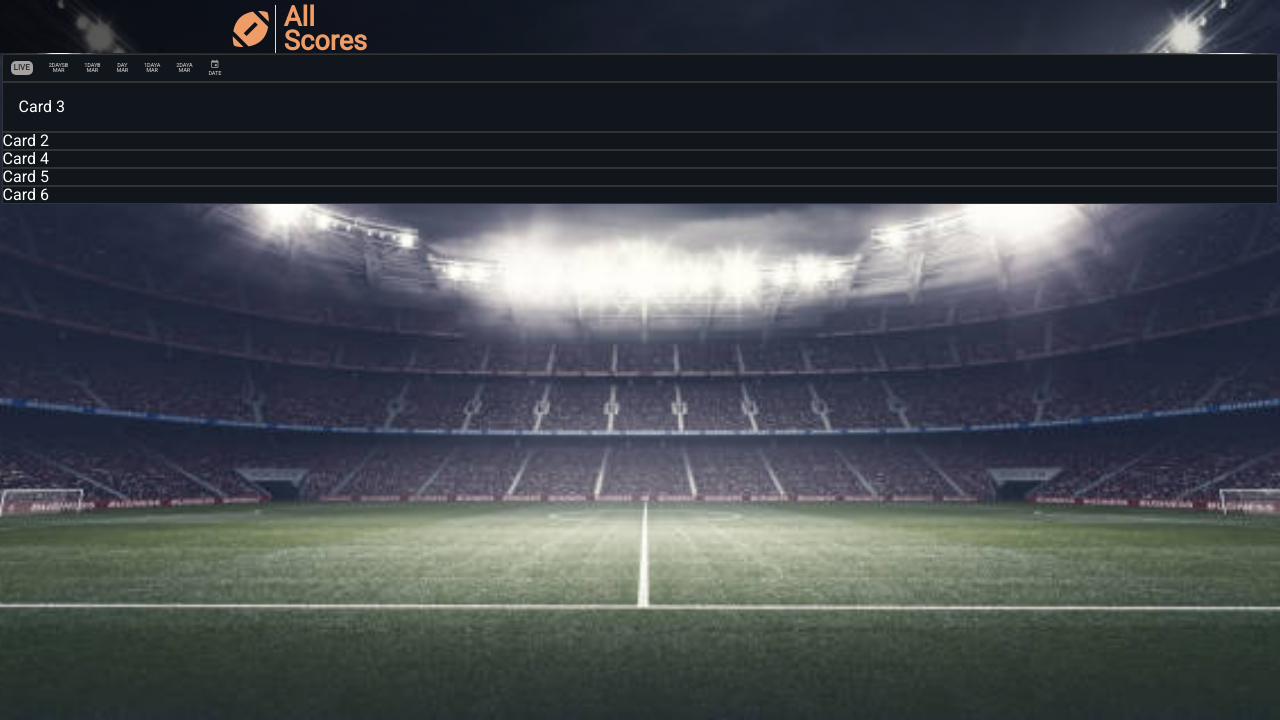
Repository: boomshakar/AllScores
Page: index.html
These files come from the project's save history. The page is drawn as it stood at one moment and after the next save; the edit follows.
The browser window is 1280 px wide. The pictures show the whole page.
The style sheet was rebuilt from its Sass, Less or Tailwind sources for each picture, by a compiler version that may differ from the author's.

Above is the page before, as saved 2021-03-30 03:43:57.

### index.html
<!DOCTYPE html>
<html lang="en">
  <head>
    <meta charset="UTF-8" />
    <meta http-equiv="X-UA-Compatible" content="IE=edge" />
    <meta name="viewport" content="width=device-width, initial-scale=1.0" />
    <title>All Scores</title>
    <link rel="stylesheet" href="css/main.css" />
    <link
      rel="stylesheet"
      href="https://fonts.googleapis.com/icon?family=Material+Icons"
    />
  </head>
  <body>
    <header>
      <a href="index.html" class="head-name__logo">
        <span class="material-icons md-48">sports_football</span>
        <h1>All<br />Scores</h1>
      </a>
      <ul class="head-name">
        <a href="index.html"
          ><li class="head-name__mob active">
            <span class="material-icons md-36">sports_soccer</span>
            <h3>Soccer</h3>
          </li></a
        >
        <a href="#"
          ><li class="head-name__mob">
            <span class="material-icons md-36">sports_basketball</span>
            <h3>Basket</h3>
          </li></a
        >
        <a href="#"
          ><li class="head-name__mob">
            <span class="material-icons md-36">golf_course</span>
            <h3>Golf</h3>
          </li></a
        >
        <a href="#"
          ><li class="head-name__mob">
            <span class="material-icons md-36">sports_tennis</span>
            <h3>Tennis</h3>
          </li></a
        >
      </ul>
      <div class="menu-btn">
        <span class="menu-btn__burger"></span>
      </div>
      <nav class="nav">
        <ul class="menu-nav">
          <div class="menu-nav__time">
            Lorem ipsum, dolor sit amet consectetur adipisicing elit. Qui
            quidem, dignissimos asperiores totam nesciunt laborum at consectetur
            nam temporibus ea.
          </div>
          <li class="menu-nav__item active">
            <a href="index.html" class="menu-nav__link">Soccer</a>
          </li>
          <li class="menu-nav__item">
            <a href="#" class="menu-nav__link">Basketball</a>
          </li>
          <li class="menu-nav__item">
            <a href="#" class="menu-nav__link">Tennis</a>
          </li>
          <li class="menu-nav__item">
            <a href="#" class="menu-nav__link">Hockey</a>
          </li>
          <li class="menu-nav__item">
            <a href="#" class="menu-nav__link">Golf</a>
          </li>
          <li class="menu-nav__item">
            <a href="#" class="menu-nav__link">Basketball</a>
          </li>
          <li class="menu-nav__item">
            <a href="#" class="menu-nav__link">Tennis</a>
          </li>
          <li class="menu-nav__item">
            <a href="#" class="menu-nav__link">Hockey</a>
          </li>
          <li class="menu-nav__item">
            <a href="#" class="menu-nav__link">Golf</a>
          </li>
          <li class="menu-nav__item">
            <a href="#" class="menu-nav__link">Basketball</a>
          </li>
          <li class="menu-nav__item">
            <a href="#" class="menu-nav__link">Tennis</a>
          </li>
          <li class="menu-nav__item">
            <a href="#" class="menu-nav__link">Hockey</a>
          </li>
          <li class="menu-nav__item">
            <a href="#" class="menu-nav__link">Golf</a>
          </li>
          <div class="menu-nav__foot">
            Lorem ipsum dolor sit amet consectetur adipisicing elit. Quisquam
            quod neque provident ex cumque adipisci, iusto, tempora quibusdam
            maxime, magni autem perferendis? Quibusdam, tenetur. Laudantium,
            velit reiciendis deleniti perferendis nesciunt vitae dolores itaque
            aut voluptas dolor veritatis. Optio ducimus consectetur nisi sequi,
            nesciunt id quis mollitia, laborum voluptates necessitatibus modi.
          </div>
        </ul>
      </nav>
    </header>
    <div class="grid-contain">
      <span class="card">
        <div class="date-select">
          <a href="#" class="date-select__link active"
            ><div class="date-select__match live-logo">
              <strong>live</strong>
            </div></a
          >
          <a href="#" class="date-select__link"
            ><div class="date-select__match">
              <h6>2daysB</h6>
              <h6>Mar</h6>
            </div></a
          >
          <a href="#" class="date-select__link"
            ><div class="date-select__match">
              <h6>1dayB</h6>
              <h6>Mar</h6>
            </div></a
          >
          <a href="#" class="date-select__link"
            ><div class="date-select__match">
              <h6>Day</h6>
              <h6>Mar</h6>
            </div></a
          >
          <a href="#" class="date-select__link"
            ><div class="date-select__match">
              <h6>1dayA</h6>
              <h6>Mar</h6>
            </div></a
          >
          <a href="#" class="date-select__link"
            ><div class="date-select__match">
              <h6>2dayA</h6>
              <h6>Mar</h6>
            </div></a
          >
          <a href="#" class="date-select__link"
            ><div class="date-select__match live-cal">
              <span class="material-icons"> event </span>
              <h6>Date</h6>
            </div></a
          >
        </div>
      </span>
      <div class="card">Card 2</div>
      <div class="card">Card 3</div>
      <div class="card">Card 4</div>
      <div class="card">Card 5</div>
      <div class="card">Card 6</div>
    </div>
  </body>
  <script src="main.js"></script>
</html>

### main.js
const menuBtn = document.querySelector(".menu-btn");
const menuBurger = document.querySelector(".menu-btn__burger");
const nav = document.querySelector(".nav");
const headName = document.querySelector(".head-name");
const menuNav = document.querySelector(".menu-nav");
const menuNavList = document.querySelectorAll(".menu-nav__item");

let menuOpen = false;

menuBtn.addEventListener("click", toggleMenu);

function toggleMenu() {
  if (!menuOpen) {
    menuBurger.classList.add("open");
    nav.classList.add("open");
    headName.classList.add("open");
    menuNav.classList.add("open");
    menuNavList.forEach((item) => item.classList.add("open"));

    menuOpen = true;
  } else {
    menuBurger.classList.remove("open");
    nav.classList.remove("open");
    headName.classList.remove("open");
    menuNav.classList.remove("open");
    menuNavList.forEach((item) => item.classList.remove("open"));

    menuOpen = false;
  }
}

### scss/main.scss
@import "config";
@import "menu";
@import "home";
@import "responsive";

body {
  position: relative;
  background: $primary-color;
  color: $text-color;
  height: 100vh;
  font-family: "Roboto", "Segoe UI", Tahoma, Verdana, sans-serif;
  line-height: 1;
  background: url(../img/stadium3.jpg);
  background-size: cover;
  background-repeat: no-repeat;
  background-position: center;
  background-attachment: fixed;
}

header {
  display: flex;
  z-index: 2;
  background: linear-gradient(to right, rgba(#000, 0.7), rgba(#000, 0.1)),
    url(../img/head.jpg);
  background-size: cover;
  background-repeat: no-repeat;
  position: fixed;
  width: 100vw;
  padding-top: 0.3rem;

  a {
    color: $secondary-color;
  }
}

### scss/_config.scss
$primary-color: #24303a;
$secondary-color: #ee9d68;
$text-color: #fae56f;
$text-color2: rgb(167, 162, 162);

* {
  box-sizing: border-box;
  margin: 0;
  padding: 0;
  outline: 0;
  list-style: none;
}
a {
  text-decoration: none;
}

@import url("https://fonts.googleapis.com/css2?family=Roboto&display=swap");

@mixin transition-mix {
  transition: all 0.5s ease-in-out;
}

@mixin media-xxsm {
  @media screen and (max-width: 313px) {
    @content;
    ul.head-name {
      visibility: hidden;
    }
  }
}

@mixin media-xsm {
  @media screen and (min-width: 314px) and (max-width: 359px) {
    @content;
  }
}

@mixin media-sm {
  @media screen and (min-width: 360px) and (max-width: 399px) {
    @content;
  }
}

@mixin media-smd {
  @media screen and (min-width: 400px) {
    @content;
  }
}

@mixin media-md {
  @media screen and (min-width: 500px) {
    @content;
  }
}

@mixin media-lg {
  @media screen and (min-width: 700px) {
    @content;
  }
}

@mixin media-xl {
  @media screen and (min-width: 1000px) {
    @content;
  }
}

### scss/_menu.scss
.menu-btn {
  position: fixed;
  z-index: 1;
  width: 28px;
  height: 20px;
  top: 0.8rem;
  right: 0.7rem;
  background: transparent;
  cursor: pointer;
  @include transition-mix;
  &__burger {
    position: absolute;
    width: 20px;
    height: 3px;
    right: 0.5rem;
    top: 0.5rem;
    background: pink;
    border-radius: 5px;
    @include transition-mix;

    &::before {
      content: "";
      position: absolute;
      width: 28px;
      height: 3px;
      top: -8px;
      background: $text-color;
      border-radius: 5px;
      @include transition-mix;
    }

    &::after {
      content: "";
      position: absolute;
      width: 28px;
      height: 3px;
      top: 8px;
      background: $text-color;
      border-radius: 5px;
      @include transition-mix;
    }

    &.open {
      transform: rotate(720deg);
      background: transparent;

      &::before {
        transform: rotate(45deg) translate(5px, 8px);
        background: $secondary-color;
      }
      &::after {
        transform: rotate(-45deg) translate(3px, -7px);
        background: $secondary-color;
      }
    }
  }
}
nav {
  position: fixed;
  top: 0;
  left: 0;
  width: 100vw;
  visibility: hidden;
  &.open {
    visibility: visible;
  }
}

.menu-nav {
  display: grid;
  grid-template-columns: 1fr;
  grid-template-rows: 1fr;
  width: 100vw;
  height: 100vh;
  top: 50px;
  left: 0;
  right: 0;
  bottom: 0;
  overflow-y: scroll;
  overflow-x: hidden;
  background: $primary-color;
  opacity: 0.97;
  transform: translateY(-100%);
  @include transition-mix;

  &.open {
    transform: translateY(0);
  }
  &__time {
    padding: 1.5rem 1.5rem 1rem 1.5rem;
    line-height: 1.2;
    font-size: 12px;
  }

  &__item {
    transform: translateX(100vw);
    border-bottom: 1px solid rgb(102, 96, 96);
    @include transition-mix;
    &:nth-of-type(1) {
      border-top: 1px solid rgb(102, 96, 96);
    }
    &.open {
      transform: translateX(0);
    }
    &.active > a {
      color: $secondary-color;
    }
  }

  &__link {
    display: grid;
    font-size: 1.1rem;
    padding: 0.7rem 0;
    font-weight: 600;
    text-transform: uppercase;
    text-align: center;
    color: rgb(167, 162, 162);
    @include transition-mix;

    &:hover {
      color: $secondary-color;
    }
  }

  &__foot {
    padding: 2rem 1.5rem 200px 1.5rem;
    font-size: 12px;
  }
}

@for $f from 1 through 14 {
  .menu-nav__item:nth-child(#{$f}) {
    transition-delay: ($f * 0.1s) + 0.05s;
  }
}

### scss/_home.scss
.grid-contain {
  padding: 3.4rem 0.1rem 1.5rem 0.1rem;
  display: grid;
  grid-template-columns: 1fr;

  .card {
    background: darken($primary-color, 10%);
    border: 1px solid #333;
    color: #fff;

    &:nth-child(1) {
      //date selector
      grid-column: 1 / 1;
      grid-row: 1/ 2;
      .date-select {
        display: flex;
        flex-direction: row;
        justify-content: space-around;
        width: fit-content;

        &__link {
          color: $text-color2;
          padding: 0.3rem 0.5rem;
          text-transform: uppercase;
          text-align: center;
          align-content: center;
          justify-self: center;
          &:nth-child(1) > .live-logo {
            color: #333;
            background: $text-color2;
            border-radius: 5px;
            padding: 3px;
          }
        }
        &__match {
          font-size: 0.5rem;
          .material-icons {
            font-size: 0.6rem;
          }
        }
      }
    }

    &:nth-child(2) {
      //left side
      grid-column: 1;
      grid-row: 3 / 4;
    }

    &:nth-child(3) {
      //main menu
      grid-column: 1;
      grid-row: 2 / 3;
      padding: 1rem;
    }

    &:nth-child(4) {
      //right side
      grid-column: 1;
      grid-row: 4 / 5;
    }

    &:nth-child(5) {
      //stciky ad below
      grid-column: 1;
      grid-row: 5 / 6;
    }

    &:nth-child(6) {
      //footer
      grid-column: 1;
      grid-row: 6 / 7;
    }
  }
}

### scss/_responsive.scss
@include media-xxsm {
  header {
    height: 2.8rem;
    justify-content: space-between;
    .head-name__logo {
      display: flex;
      flex-direction: row;
      cursor: pointer;
      &:hover > .material-icons {
        color: $text-color;
      }

      .material-icons {
        font-size: 2.5rem;
        align-items: center;
        cursor: pointer;
        @include transition-mix;
      }
      h1 {
        font-weight: 800;
        border-left: 1px solid $text-color;
        line-height: 1.3rem;
        padding: 0 0.5rem;
        font-size: 1.1rem;
        cursor: pointer;
      }
    }
  }
}

@include media-xsm {
  header {
    justify-content: space-between;
    .head-name__logo {
      display: flex;
      flex-direction: row;
      cursor: pointer;
      height: 2.5rem;
      &:hover > .material-icons {
        color: $text-color;
      }

      .material-icons {
        font-size: 2.5rem;
        align-items: center;
        cursor: pointer;
        @include transition-mix;
      }
      h1 {
        font-weight: 800;
        border-left: 1px solid $text-color;
        line-height: 1.3rem;
        padding: 0 0.5rem;
        font-size: 1.1rem;
        cursor: pointer;
      }
    }
    ul.head-name {
      display: flex;
      flex-direction: row;
      margin-right: 2rem;
      &.open {
        visibility: hidden;
      }

      .head-name__mob {
        border-left: 1px solid $text-color2;
        padding: 0 0.2rem;
        text-align: center;
        width: 3rem;
        @include transition-mix;
        &.active {
          background: linear-gradient(
            to right,
            rgba(#fff, 0.3),
            rgba(#fff, 0.1)
          );
          color: $text-color;
          border-radius: 5px;
          border-left: 1px solid $text-color;
        }
        &:hover > .material-icons {
          color: $text-color;
        }
      }
      .material-icons {
        font-size: 1.3rem;
        cursor: pointer;
        @include transition-mix;
      }
      h3 {
        font-size: 0.7rem;
      }
    }
    .menu-btn {
      right: -0.3rem;
    }
  }
}

@include media-sm {
  header {
    justify-content: space-between;
    .head-name__logo {
      display: flex;
      flex-direction: row;
      cursor: pointer;
      height: 2.5rem;
      &:hover > .material-icons {
        color: $text-color;
      }

      .material-icons {
        font-size: 2.5rem;
        align-items: center;
        cursor: pointer;
        @include transition-mix;
      }
      h1 {
        font-weight: 800;
        border-left: 1px solid $text-color;
        line-height: 1.3rem;
        padding: 0 0.5rem;
        font-size: 1.1rem;
        cursor: pointer;
      }
    }
    ul.head-name {
      display: flex;
      flex-direction: row;
      margin-right: 2rem;
      &.open {
        visibility: hidden;
      }

      .head-name__mob {
        border-left: 1px solid $text-color2;
        padding: 0 0.5rem;
        text-align: center;
        width: 3.3rem;
        &.active {
          background: linear-gradient(
            to right,
            rgba(#fff, 0.3),
            rgba(#fff, 0.1)
          );
          color: $text-color;
          border-radius: 5px;
          border-left: 1px solid $text-color;
        }
        &:hover > .material-icons {
          color: $text-color;
        }
      }
      .material-icons {
        font-size: 1.3rem;
        cursor: pointer;
        @include transition-mix;
      }
      h3 {
        font-size: 0.8rem;
      }
    }
    .menu-btn {
      right: 0.3rem;
    }
  }
}

@include media-smd {
  header {
    justify-content: space-between;
    .head-name__logo {
      display: flex;
      flex-direction: row;
      cursor: pointer;
      &:hover > .material-icons {
        color: $text-color;
      }

      .material-icons {
        font-size: 3rem;
        align-items: center;
        cursor: pointer;
        @include transition-mix;
      }
      h1 {
        font-weight: 800;
        border-left: 1px solid $text-color;
        line-height: 1.5rem;
        padding: 0 0.5rem;
        font-size: 1.4rem;
        cursor: pointer;
      }
    }
    ul.head-name {
      display: flex;
      flex-direction: row;
      margin-right: 2rem;
      &.open {
        visibility: hidden;
      }

      .head-name__mob {
        border-left: 1px solid $text-color2;
        padding: 0 0.3rem;
        text-align: center;
        width: 3.4rem;
        @include transition-mix;
        &.active {
          background: linear-gradient(
            to right,
            rgba(#fff, 0.3),
            rgba(#fff, 0.1)
          );
          color: $text-color;
          border-radius: 5px;
          border-left: 1px solid $text-color;
        }
        &:hover > .material-icons {
          color: $text-color;
        }
      }
      .material-icons {
        font-size: 1.7rem;
        cursor: pointer;
        @include transition-mix;
      }
      h3 {
        font-size: 0.8rem;
      }
    }
    .menu-btn {
      top: 1.2rem;
      right: 0.4rem;
    }
  }
}

@include media-md {
  header {
    justify-content: space-between;
    .head-name__logo {
      display: flex;
      flex-direction: row;
      cursor: pointer;
      &:hover > .material-icons {
        color: $text-color;
      }

      .material-icons {
        font-size: 3rem;
        align-items: center;
        cursor: pointer;
        @include transition-mix;
      }
      h1 {
        font-weight: 800;
        border-left: 1px solid $text-color;
        line-height: 1.5rem;
        padding: 0 0.5rem;
        font-size: 1.7rem;
        cursor: pointer;
      }
    }
    ul.head-name {
      display: flex;
      flex-direction: row;
      margin-right: 5rem;
      &.open {
        visibility: hidden;
      }

      .head-name__mob {
        border-left: 1px solid $text-color2;
        padding: 0 0.5rem;
        text-align: center;
        width: 3.8rem;
        @include transition-mix;
        &.active {
          background: linear-gradient(
            to right,
            rgba(#fff, 0.3),
            rgba(#fff, 0.1)
          );
          color: $text-color;
          border-radius: 5px;
          border-left: 1px solid $text-color;
        }
        &:hover > .material-icons {
          color: $text-color;
        }
      }
      .material-icons {
        font-size: 1.7rem;
        cursor: pointer;
        @include transition-mix;
      }
      h3 {
        font-size: 0.8rem;
      }
    }
  }
}

@include media-lg {
  header {
    justify-content: space-evenly;
    .head-name__logo {
      display: flex;
      flex-direction: row;
      cursor: pointer;
      margin-right: 8rem;
      &:hover > .material-icons {
        color: $text-color;
      }

      .material-icons {
        font-size: 3rem;
        align-items: center;
        cursor: pointer;
        @include transition-mix;
      }
      h1 {
        font-weight: 800;
        border-left: 1px solid $text-color;
        line-height: 1.5rem;
        padding: 0 0.5rem;
        font-size: 1.7rem;
        cursor: pointer;
      }
    }
    ul.head-name {
      display: flex;
      flex-direction: row;
      &.open {
        visibility: hidden;
      }

      .head-name__mob {
        border-left: 1px solid $text-color2;
        padding: 0 0.3rem;
        text-align: center;
        width: 3.8rem;
        &.active {
          background: linear-gradient(
            to right,
            rgba(#fff, 0.3),
            rgba(#fff, 0.1)
          );
          color: $text-color;
          border-radius: 5px;
          border-left: 1px solid $text-color;
        }
        &:hover > .material-icons {
          color: $text-color;
        }
      }
      .material-icons {
        font-size: 1.7rem;
        cursor: pointer;
        @include transition-mix;
      }
      h3 {
        font-size: 0.8rem;
      }
    }
    .menu-btn {
      visibility: hidden;
    }
  }
}

@include media-xl {
  header {
    justify-content: space-evenly;
    .head-name__logo {
      display: flex;
      flex-direction: row;
      cursor: pointer;
      margin-right: 8rem;
      &:hover > .material-icons {
        color: $text-color;
      }

      .material-icons {
        font-size: 3rem;
        align-items: center;
        cursor: pointer;
        @include transition-mix;
      }
      h1 {
        font-weight: 800;
        border-left: 1px solid $text-color;
        line-height: 1.5rem;
        padding: 0 0.5rem;
        font-size: 1.7rem;
        cursor: pointer;
      }
    }
    ul.head-name {
      display: flex;
      flex-direction: row;
      &.open {
        visibility: hidden;
      }

      .head-name__mob {
        border-left: 1px solid $text-color2;
        padding: 0 0.3rem;
        text-align: center;
        width: 3.8rem;
        &.active {
          background: linear-gradient(
            to right,
            rgba(#fff, 0.3),
            rgba(#fff, 0.1)
          );
          color: $text-color;
          border-radius: 5px;
          border-left: 1px solid $text-color;
        }
        &:hover > .material-icons {
          color: $text-color;
        }
      }
      .material-icons {
        font-size: 1.7rem;
        cursor: pointer;
        @include transition-mix;
      }
      h3 {
        font-size: 0.8rem;
      }
    }
  }
}

After the next save:
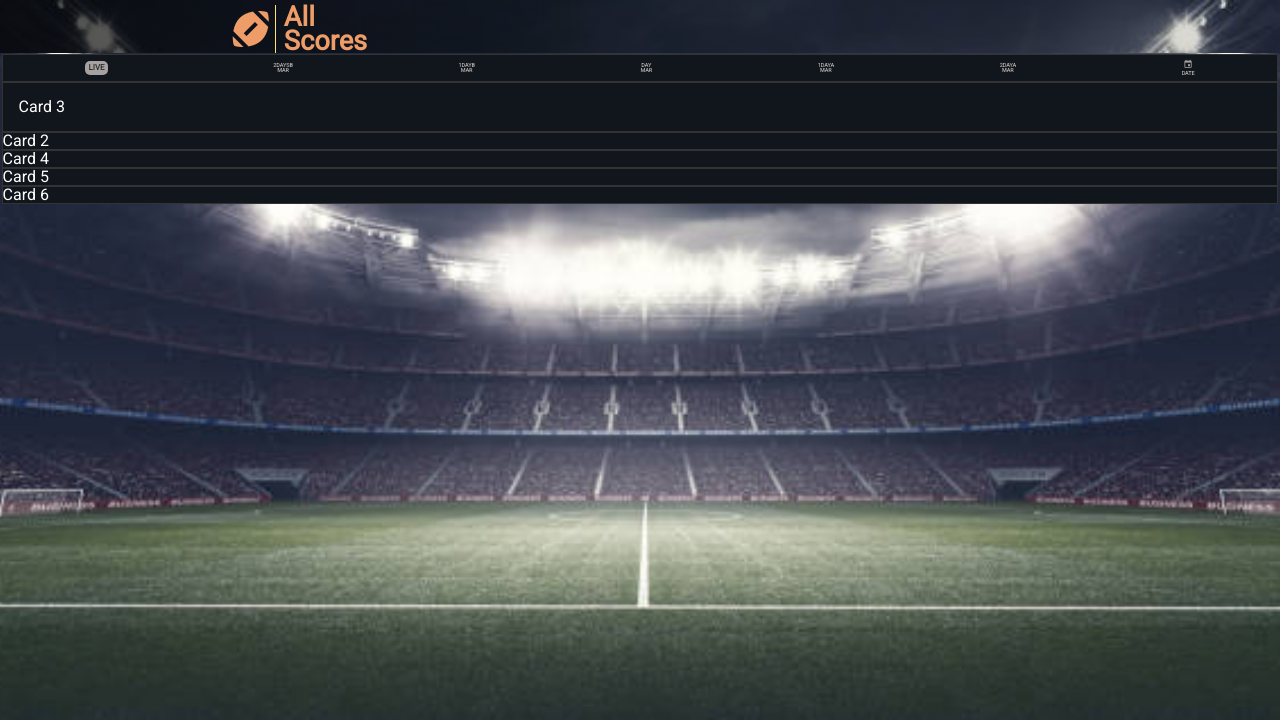
Saved 17 s later.
--- a/scss/_home.scss
+++ b/scss/_home.scss
@@ -16,7 +16,6 @@
         display: flex;
         flex-direction: row;
         justify-content: space-around;
-        width: fit-content;
 
         &__link {
           color: $text-color2;
@@ -25,6 +24,7 @@
           text-align: center;
           align-content: center;
           justify-self: center;
+          width: fit-content;
           &:nth-child(1) > .live-logo {
             color: #333;
             background: $text-color2;
